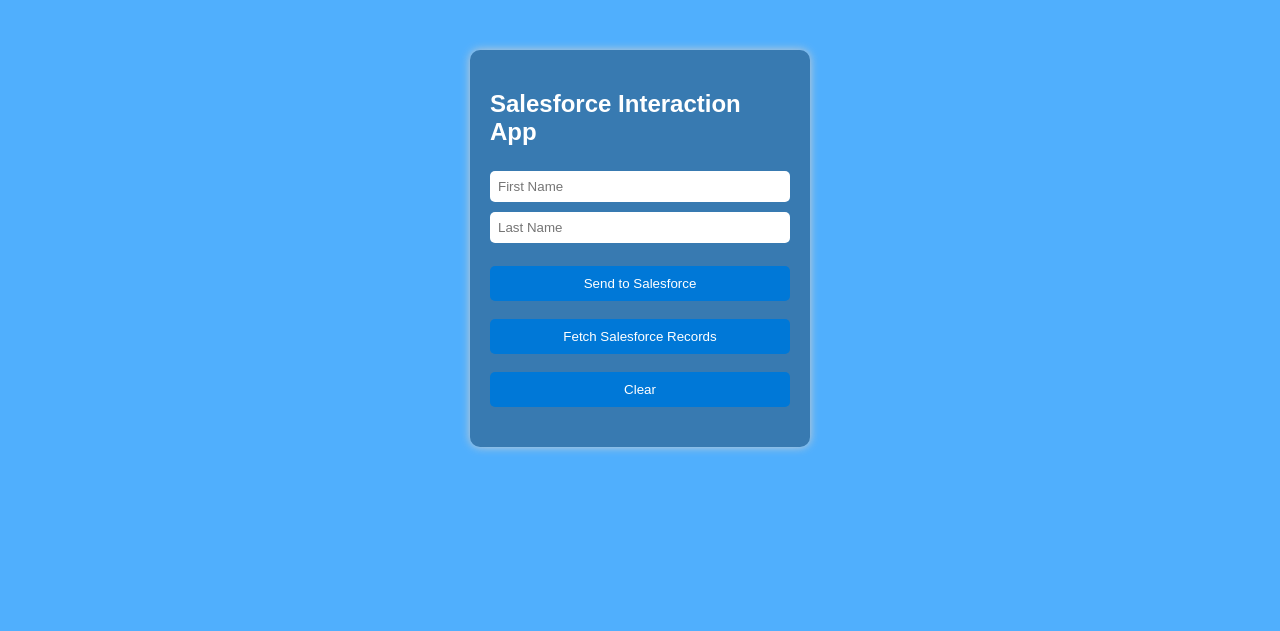
Repository: PamodaW/SalesforceSync
Page: Client/index.html
These files come from the project's save history. The page is drawn as it stood at one moment and after a run of saves; the edit follows.
The browser window is 1280 px wide. The pictures show the whole page.

Above is the page before, as saved 2024-11-20 15:37:52.

After the next 3 saves:
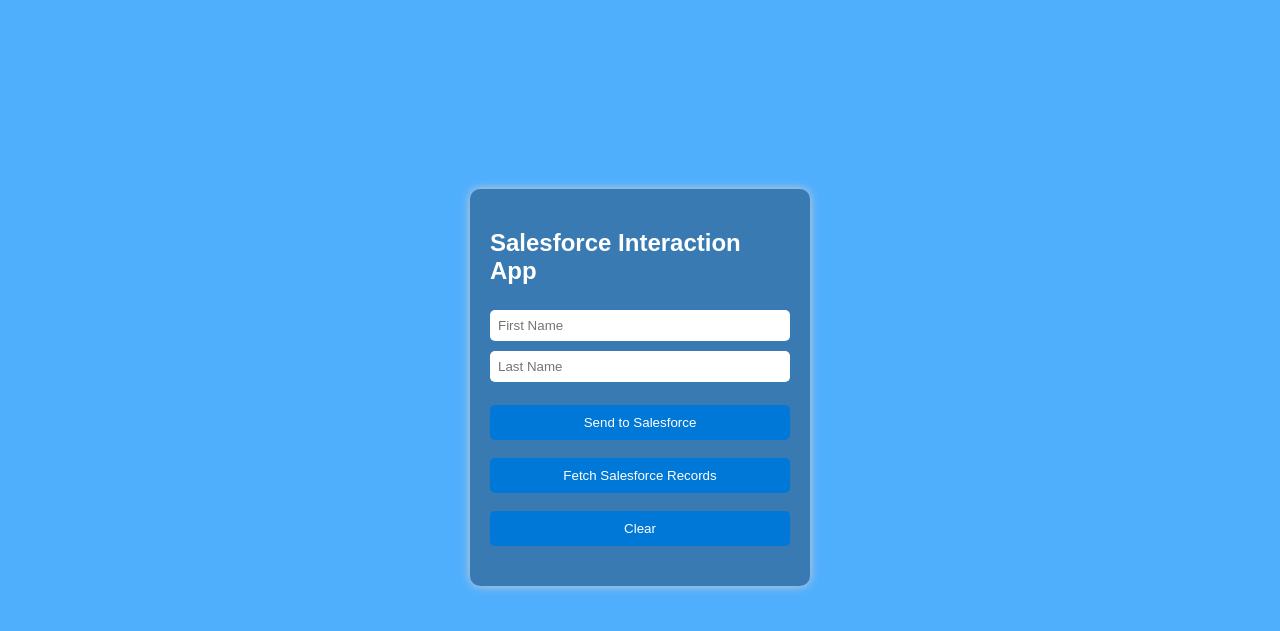
The 3 saves are shown as one change because they came seconds apart.
The last was saved 30 s later.
--- a/Client/style.css
+++ b/Client/style.css
@@ -12,6 +12,7 @@
     box-shadow: 0 0 10px #ccc;
     background-color: rgba(0, 0, 0, 0.3); /* 30% transparent black background */
     color: #ffffff; /* Text color remains opaque */
+    margin-top: 5cm;
 }
 
 input {
